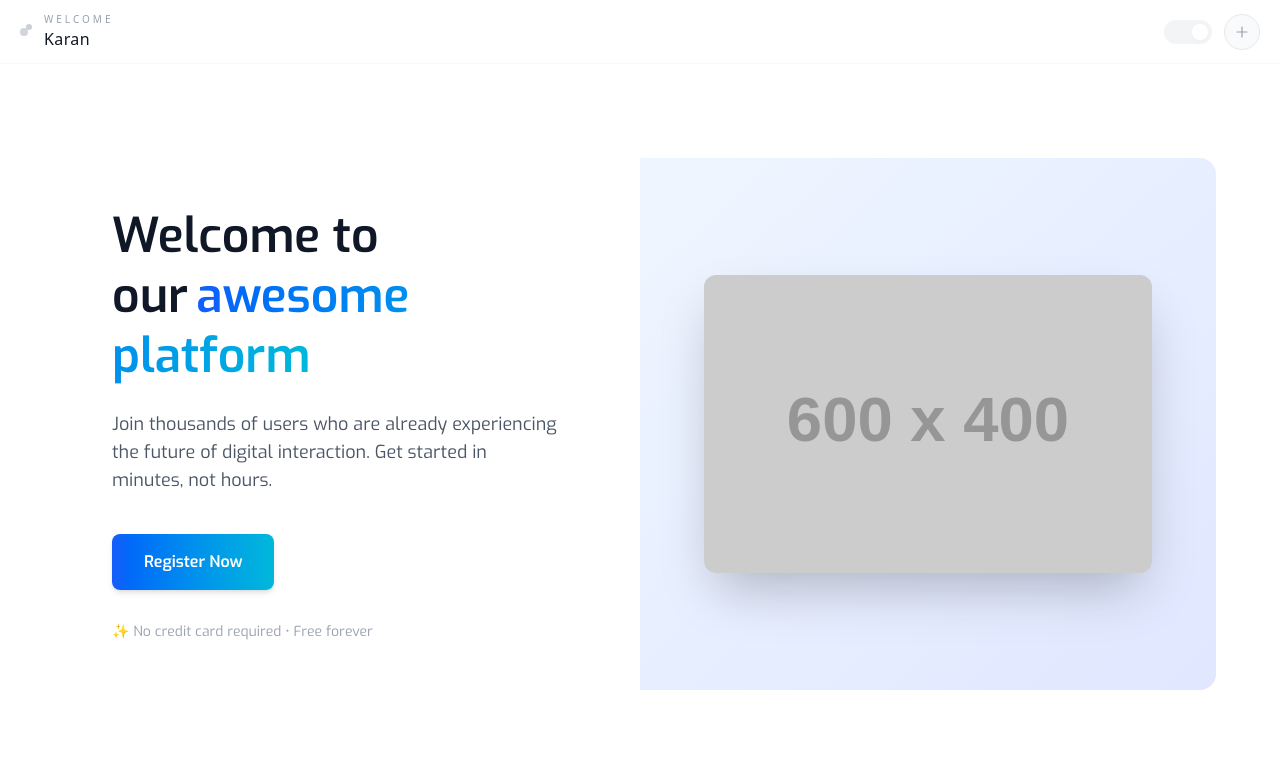
Repository: deepak445566/job
Page: / (app in frontend/)
The author's editor kept a copy of each file at every save. The page is drawn from the files as they stood at one save, then again after the next save.
The browser window is 1280 px wide. The pictures show the whole page.
The page's requests for data from a server got no answer. Some web fonts or font styles are not loaded; a fallback is used. The project was rebuilt for these pictures with package versions that can differ from the ones it lists, and the page was loaded fresh each time. Some packages were replaced by stand-ins written for this rebuild. No one was signed in, and anything a server would have sent is missing. Also part of the build but not shown: frontend/vite.config.js, frontend/src/Components/auth/Login.jsx, frontend/src/Components/study/StudyDashboard.jsx, frontend/src/Components/chill/ChillDashboard.jsx.

Above is the page before, as saved 2026-02-26 13:58:13.

### frontend/index.html
<!doctype html>
<html lang="en">
  <head>
    <meta charset="UTF-8" />
    <link rel="icon" type="image/svg+xml" href="/vite.svg" />
    <meta name="viewport" content="width=device-width, initial-scale=1.0" />
    <title>frontend</title>
    <link rel="preconnect" href="https://fonts.googleapis.com">
<link rel="preconnect" href="https://fonts.gstatic.com" crossorigin>
<link href="https://fonts.googleapis.com/css2?family=Exo:ital,wght@0,100..900;1,100..900&family=Playfair+Display:ital,wght@0,400..900;1,400..900&display=swap" rel="stylesheet">
  </head>
  <body>
    <div id="root"></div>
    <script type="module" src="/src/main.jsx"></script>
  </body>
</html>

### frontend/src/main.jsx
import { StrictMode } from 'react'
import { createRoot } from 'react-dom/client'
import './index.css'
import App from './App.jsx'
import {BrowserRouter} from 'react-router-dom'
import { AppContextProvider } from './context/AppContextProvider.jsx'




createRoot(document.getElementById('root')).render(
  <BrowserRouter>
  <AppContextProvider>
  <StrictMode>
    <App />
  </StrictMode>
  </AppContextProvider>
  </BrowserRouter>
)

### frontend/src/index.css
@import "tailwindcss";
.exo{
  font-family: "Exo", sans-serif;

  font-style: normal;
}

### frontend/src/App.jsx
import React from "react";
import Login from "./Components/auth/Login";
import { Route, Routes } from "react-router-dom";
import Dashboard from "./Components/Dashboard";
import { useAppContext } from "./context/AppContextProvider";
import Navbar from "./Components/common/Navbar";

function App() {
  const { showLogin } = useAppContext(); // user bhi lein context se

  return (
    <div>
      {/* Navbar hamesha dikhega */}
      <Navbar />

      {/* Login modal - tabhi dikhega jab showLogin true ho */}
      {showLogin && <Login />}

      <Routes>
        <Route path="/" element={<Dashboard />} />
      </Routes>
    </div>
  );
}

export default App;

### frontend/src/context/AppContextProvider.jsx
import { useContext, useEffect, useState } from "react";
import { useNavigate } from "react-router-dom";
import axios from "axios";
import { AppContext } from "./AppContext";
import toast from 'react-hot-toast';

axios.defaults.withCredentials = true;
axios.defaults.baseURL = import.meta.env.VITE_BACKEND_URL;
console.log("Base URL:", import.meta.env.VITE_BACKEND_URL);

export const AppContextProvider = ({ children }) => {
  const navigate = useNavigate();
  const [user, setUser] = useState(null);
  const [mode, setMode] = useState('chill'); // Default 'chill' ya 'study'
  const [showLogin, setShowLogin] = useState(false);
  const [loading, setLoading] = useState(true);

  const fetchUser = async () => {
    try {
      const { data } = await axios.get("/api/auth/isauth");
      if (data.success) {
        setUser(data.user);
        // User login hai toh uski mode fetch karo
        fetchUserMode();
      }
    } catch (error) {
      setUser(null);
    } finally {
      setLoading(false);
    }
  };

  // User ka mode fetch karne ka function
  const fetchUserMode = async () => {
    try {
      const { data } = await axios.get("/api/mode/");
      if (data.success) {
        setMode(data.mode);
      }
    } catch (error) {
      console.log("Error fetching mode:", error);
    }
  };

  // Mode toggle karne ka function
  const toggleMode = async () => {
    if (!user) {
      toast.error("Please login first");
      setShowLogin(true);
      return;
    }

    try {
      const { data } = await axios.put("/api/mode/switch");
      if (data.success) {
        setMode(data.mode);
        toast.success(data.message);
      }
    } catch (error) {
      toast.error(error.response?.data?.message || "Error switching mode");
    }
  };

  useEffect(() => {
    fetchUser();
  }, []);

  return (
    <AppContext.Provider
      value={{
        navigate,
        user,
        setUser,
        axios,
        setShowLogin,
        showLogin,
        mode,
        setMode,
        toggleMode,
        loading
      }}
    >
      {children}
    </AppContext.Provider>
  );
};

export const useAppContext = () => useContext(AppContext);

### frontend/src/Components/Dashboard.jsx
// components/Dashboard.jsx
import React from 'react';
import { useAppContext } from '../context/AppContextProvider';
import StudyDashboard from './study/StudyDashboard';
import ChillDashboard from './chill/ChillDashboard';

function Dashboard() {
  const { mode, user, setShowLogin, loading } = useAppContext();

  // Loading state
  if (loading) {
    return (
      <div className="min-h-screen flex items-center justify-center">
        <div className="text-center">
          <div className="w-16 h-16 border-4 border-blue-500 border-t-transparent rounded-full animate-spin mx-auto mb-4"></div>
          <p className="text-gray-600">Loading dashboard...</p>
        </div>
      </div>
    );
  }

  // Agar user login nahi hai
  if (!user) {
    return (
     <div className="min-h-screen  flex items-center justify-center  exo">

      <div className="max-w-6xl w-full   rounded-2xl overflow-hidden flex flex-col md:flex-row">

        {/* Left side: Text and button */}
        <div className="w-full md:w-1/2 p-8 sm:p-10 lg:p-12 flex flex-col justify-center space-y-6">
          {/* Heading */}
          <h1 className="text-4xl sm:text-5xl font-semibold text-gray-900 leading-tight">
            Welcome to our
            <span className="text-transparent bg-clip-text bg-gradient-to-r from-blue-600 to-cyan-500 block sm:inline sm:ml-2">
              awesome platform
            </span>
          </h1>

          {/* Paragraph */}
          <p className="text-lg text-gray-600 max-w-md">
            Join thousands of users who are already experiencing the future of digital interaction. Get started in minutes, not hours.
          </p>

          {/* Register Now Button */}
          <div className="pt-4">
            <button className="px-8 py-4 bg-gradient-to-r from-blue-600 to-cyan-500 text-white font-semibold rounded-lg shadow-md hover:shadow-lg transform hover:scale-105 transition-all duration-300 ease-in-out focus:outline-none focus:ring-2 focus:ring-blue-400 focus:ring-offset-2">
              Register Now
            </button>
          </div>

          {/* Optional extra trust indicator */}
          <p className="text-sm text-gray-400 pt-2">✨ No credit card required • Free forever</p>
        </div>

        {/* Right side: Image */}
        <div className="w-full md:w-1/2 bg-gradient-to-br from-blue-50 to-indigo-100 flex items-center justify-center p-8 sm:p-10 lg:p-12">
          {/*
            Using a placeholder image from placeholder.com.
            Replace the src with your own image.
            The image is made responsive with object-fit to maintain aspect ratio.
          */}
          <img
            src="https://placehold.co/600x400/3b82f6/ffffff/png?text=Your+Image+Here&font=montserrat"
            alt="Hero visual representing our platform"
            className="w-full h-auto max-w-md rounded-xl shadow-2xl object-cover transform hover:scale-105 transition-transform duration-500"
          />
        </div>
      </div>
    </div>
    );
  }

  // Mode ke hisaab se dashboard render karo
  return (
    <div className="transition-all duration-500">
      {mode === 'study' ? <StudyDashboard /> : <ChillDashboard />}
    </div>
  );
}

export default Dashboard;

### frontend/src/Components/common/Navbar.jsx
import React, { useState } from "react";
import { useAppContext } from "../../context/AppContextProvider";
import toast from "react-hot-toast";

function Navbar() {
  const { user, setUser, axios, setShowLogin, navigate, mode, toggleMode } =
    useAppContext();
  const [loggingOut, setLoggingOut] = useState(false);
  const [togglingMode, setTogglingMode] = useState(false);
  const [showProfileMenu, setShowProfileMenu] = useState(false);

  const handleLogout = async () => {
    try {
      setLoggingOut(true);
      const { data } = await axios.post("/api/auth/logout");
      if (data.success) {
        setUser(null);
        setShowLogin(true);
        toast.success("Logged out successfully");
        navigate("/");
      } else {
        toast.error(data.message || "Logout failed");
      }
    } catch (error) {
      toast.error(error.response?.data?.message || "Error logging out");
    } finally {
      setLoggingOut(false);
      setShowProfileMenu(false);
    }
  };

  const handleToggleMode = async () => {
    try {
      setTogglingMode(true);
      await toggleMode();
    } catch (error) {
      console.error("Error toggling mode:", error);
    } finally {
      setTogglingMode(false);
    }
  };

  const handleProfileClick = () => {
    if (user) {
      setShowProfileMenu(!showProfileMenu);
    } else {
      setShowLogin(true);
    }
  };

  // Get first letter of name for avatar
  const getInitial = () => {
    if (user?.username) return user.username[0].toUpperCase();
    if (user?.email) return user.email[0].toUpperCase();
    return 'K';
  };

  return (
    <nav className="bg-white/80 backdrop-blur-xl px-5 py-3 border-b border-gray-100/50 sticky top-0 z-50">
      <div className="flex justify-between items-center max-w-7xl mx-auto">
        {/* Left Side - Minimal Luxury Greeting */}
        <div className="flex items-center gap-4">
          {/* Ultra-minimal greeting dot */}
          <div className="relative">
            <div className="w-2 h-2 bg-gray-300 rounded-full"></div>
            <div className="absolute -top-1 -right-1 w-1.5 h-1.5 bg-gray-400 rounded-full opacity-50"></div>
          </div>

          {/* Name with exquisite typography */}
          <div className="flex flex-col">
            <span className="text-[10px] uppercase tracking-[0.3em] text-gray-400 font-light">
              Welcome
            </span>
            <div className="flex items-center gap-2">
              <span className="text-base font-light text-gray-900 tracking-wide">
                {user?.username || user?.email?.split('@')[0] || 'Karan'}
              </span>
              {user && (
                <span className="w-1 h-1 bg-gray-300 rounded-full"></span>
              )}
            </div>
          </div>
        </div>

        {/* Right Side - Ultra Minimal Actions */}
        <div className="flex items-center gap-3">
          {/* Mode Toggle - Refined Switch */}
          <button
            onClick={handleToggleMode}
            disabled={togglingMode || !user}
            className={`relative w-12 h-6 rounded-full transition-all duration-700 ${
              user
                ? mode === 'study'
                  ? 'bg-gray-900'
                  : 'bg-gray-400'
                : 'bg-gray-100 cursor-not-allowed'
            }`}
            title={!user ? "Login to switch mode" : `Switch to ${mode === 'study' ? 'Chill' : 'Study'}`}
          >
            <span
              className={`absolute top-1 left-1 w-4 h-4 bg-white rounded-full shadow-xl transform transition-all duration-500 ease-in-out ${
                mode === 'chill' ? 'translate-x-6' : ''
              }`}
            />
          </button>

          {/* Profile - Museum Quality */}
          <div className="relative">
            <button
              onClick={handleProfileClick}
              className="group relative focus:outline-none"
            >
              {/* Ultra subtle ring */}
              {user && (
                <div className="absolute -inset-0.5 bg-gradient-to-r from-gray-200 to-gray-300 rounded-full opacity-0 group-hover:opacity-100 transition-opacity duration-500 blur-[1px]"></div>
              )}

              {/* Minimal Avatar */}
              <div className={`relative w-9 h-9 rounded-full flex items-center justify-center transition-all duration-300 ${
                user
                  ? 'bg-gray-900 text-white border border-white/20'
                  : 'bg-gray-50 text-gray-400 border border-gray-200'
              }`}>
                {user ? (
                  <span className="text-xs font-light tracking-wider">{getInitial()}</span>
                ) : (
                  <svg width="16" height="16" viewBox="0 0 16 16" fill="none" xmlns="http://www.w3.org/2000/svg">
                    <path d="M8 3V13M3 8H13" stroke="currentColor" strokeWidth="1.2" strokeLinecap="round"/>
                  </svg>
                )}
              </div>
            </button>

            {/* Profile Menu - Minimal Luxury Dropdown */}
            {showProfileMenu && user && (
              <>
                {/* Backdrop */}
                <div
                  className="fixed inset-0 z-40"
                  onClick={() => setShowProfileMenu(false)}
                />

                {/* Menu Card - Like a luxury boutique */}
                <div className="absolute right-0 mt-3 w-56 bg-white/95 backdrop-blur-xl rounded-2xl shadow-[0_20px_40px_-15px_rgba(0,0,0,0.1)] border border-gray-100/80 z-50 overflow-hidden">
                  {/* User Info - Minimal */}
                  <div className="px-5 py-4 border-b border-gray-100/50">
                    <p className="text-xs text-gray-400 uppercase tracking-[0.2em] mb-2 font-light">
                      Account
                    </p>
                    <p className="text-sm font-medium text-gray-900 mb-0.5">
                      {user.username || 'User'}
                    </p>
                    <p className="text-xs text-gray-400 truncate font-light">
                      {user.email || 'user@example.com'}
                    </p>
                  </div>

                  {/* Menu Items - Refined */}
                  <div className="p-2">
                    <button
                      onClick={() => {
                        setShowProfileMenu(false);
                        navigate('/profile');
                      }}
                      className="w-full px-4 py-2.5 text-left hover:bg-gray-50/80 rounded-xl transition-all duration-200 flex items-center gap-3 text-gray-600 group"
                    >
                      <span className="text-sm opacity-50 group-hover:opacity-100 transition-opacity">👤</span>
                      <span className="text-xs font-light tracking-wide">Profile</span>
                    </button>

                    <button
                      onClick={() => {
                        setShowProfileMenu(false);
                        navigate('/settings');
                      }}
                      className="w-full px-4 py-2.5 text-left hover:bg-gray-50/80 rounded-xl transition-all duration-200 flex items-center gap-3 text-gray-600 group"
                    >
                      <span className="text-sm opacity-50 group-hover:opacity-100 transition-opacity">⚙️</span>
                      <span className="text-xs font-light tracking-wide">Settings</span>
                    </button>

                    <div className="h-px bg-gray-100/50 my-2"></div>

                    <button
                      onClick={handleLogout}
                      disabled={loggingOut}
                      className="w-full px-4 py-2.5 text-left hover:bg-red-50/50 rounded-xl transition-all duration-200 flex items-center gap-3 text-red-400 group"
                    >
                      <span className="text-sm opacity-50 group-hover:opacity-100 transition-opacity">🚪</span>
                      <span className="text-xs font-light tracking-wide flex-1">
                        {loggingOut ? "Exiting..." : "Sign out"}
                      </span>
                      {loggingOut && (
                        <span className="w-3 h-3 border border-red-300 border-t-transparent rounded-full animate-spin" />
                      )}
                    </button>
                  </div>
                </div>
              </>
            )}
          </div>
        </div>
      </div>
    </nav>
  );
}

export default Navbar;

Loaded but not shown: frontend/src/context/AppContext.jsx (common file)

After the next save:
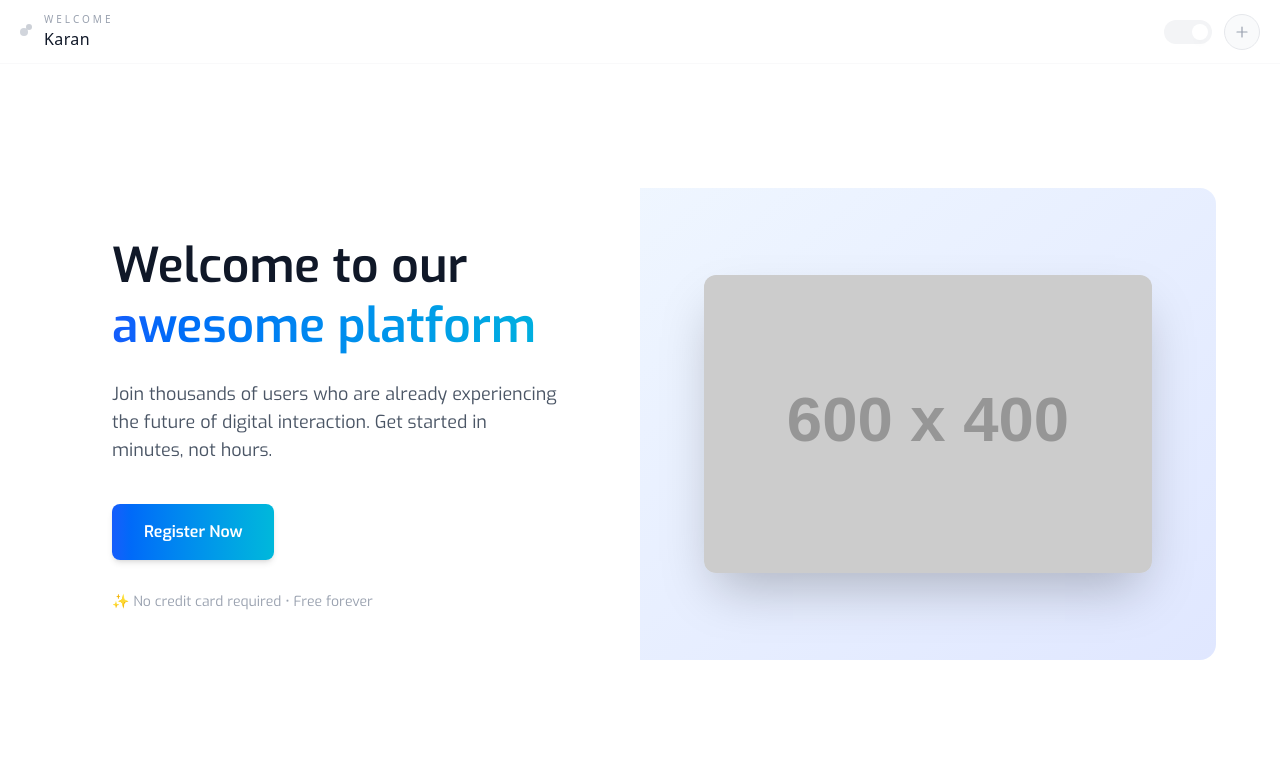
Saved 11 s later.
--- a/frontend/src/Components/Dashboard.jsx
+++ b/frontend/src/Components/Dashboard.jsx
@@ -31,7 +31,7 @@ function Dashboard() {
           {/* Heading */}
           <h1 className="text-4xl sm:text-5xl font-semibold text-gray-900 leading-tight">
             Welcome to our
-            <span className="text-transparent bg-clip-text bg-gradient-to-r from-blue-600 to-cyan-500 block sm:inline sm:ml-2">
+            <span className="text-transparent bg-clip-text bg-gradient-to-r from-blue-600 to-cyan-500 block ">
               awesome platform
             </span>
           </h1>
